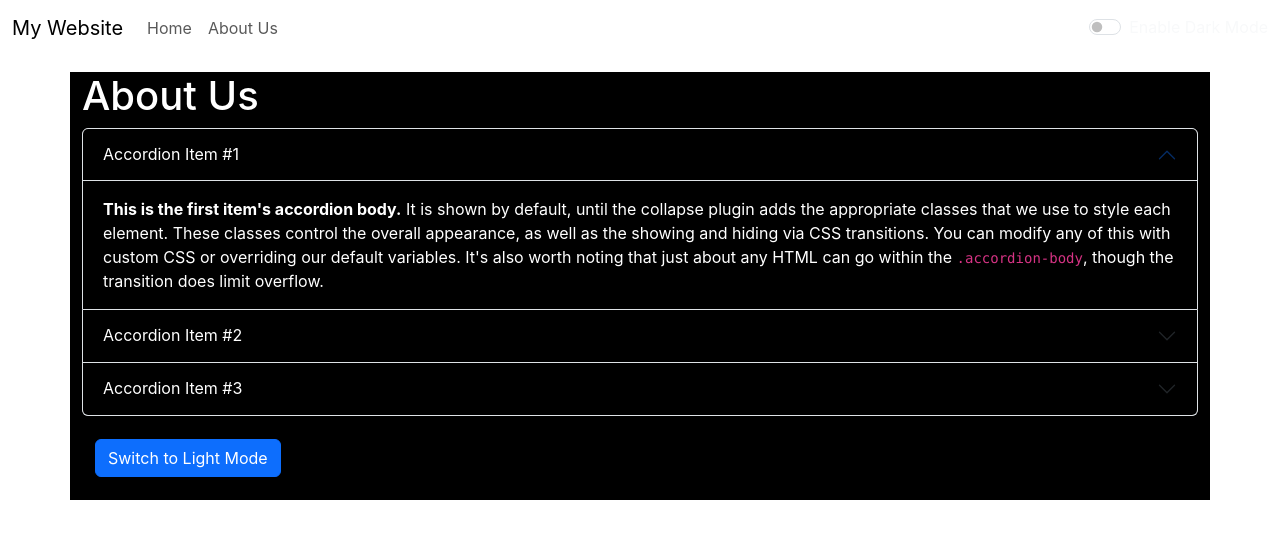
Repository: WajihaGul/Reactjs
Page: /
An editor plug-in stored every save of this project. The page is shown before and after the next save, followed by the edit.
The browser window is 1280 px wide. The pictures show the whole page.
The project was rebuilt for these pictures with package versions that can differ from the ones it lists, and the page was loaded fresh each time. Also part of the build but not shown: src/App.css.

Above is the page before, as saved 2024-02-08 12:01:05.

After the next save:
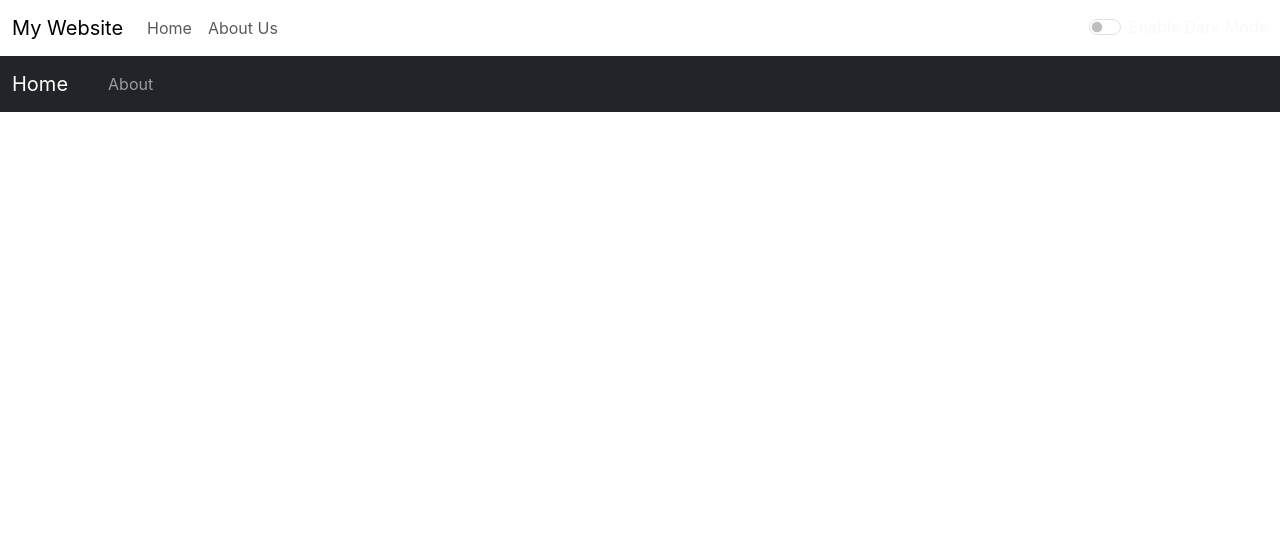
Saved 65 s later.
--- a/src/Components/About.js
+++ b/src/Components/About.js
@@ -1,74 +1,50 @@
 import React from 'react'
-import { useState } from 'react'
+import PropTypes from 'prop-types'
+export default function Navbar(props) {
+  return (
+    <nav className="navbar navbar-expand-lg navbar-dark bg-dark">
+        <div className="container-fluid">
+          <a className="navbar-brand" href="/">{props.title}</a>
+          <button className="navbar-toggler" type="button" data-bs-toggle="collapse" data-bs-target="#navbarSupportedContent" aria-controls="navbarSupportedContent" aria-expanded="false" aria-label="Toggle navigation">
+            <span className="navbar-toggler-icon"></span>
+          </button>
+          <div className="collapse navbar-collapse" id="navbarSupportedContent">
+            <ul className="navbar-nav me-auto mb-2 mb-lg-0">
+              <li className="nav-item">
+                <a className="nav-link active" aria-current="page" href="/">{props.home}</a>
+              </li>
+              <li className="nav-item">
+                <a className="nav-link" href="/">{props.about}</a>
+              </li>
 
-export default function About() {
-    const [style, setStyle] = useState({
-        color: 'white' ,
-        backgroundColor: 'black'
-    })
+            </ul>
+            {/*<form className="d-flex" role="search">
+              <input className="form-control me-2" type="search" placeholder="Search" aria-label="Search"/>
+              <button className="btn btn-outline-success" type="submit">Search</button>
+            </form>
 
-    const [btnText, setBtnText]=useState('Switch to Light Mode')
+            <div className="form-check form-switch">
+              <input className="form-check-input" onClick={props.switchMode} type="checkbox" role="switch" id="flexSwitchCheckDefault" />
+               <label className="form-check-label" htmlFor="flexSwitchCheckDefault">Switch Mode</label>
+              </div>
 
-    const toggleMode=()=>{
-    if(style.color==='white'){
-        setStyle({
-            color: 'black' ,
-            backgroundColor: 'white'
-        })
-        setBtnText('Switch to Dark Mode')
-    }
-        else{
-            setStyle({
-                color: 'white' ,
-                backgroundColor: 'black'
-        })
-        setBtnText('Switch to Light Mode')
-    }
-    }
-    return (
-    <div className='container my-3' style={style}>
-        <h1>About Us</h1>
-<div className="accordion" id="accordionExample" style={style}>
-  <div className="accordion-item">
-    <h2 className="accordion-header">
-      <button  className="accordion-button" style={style} type="button" data-bs-toggle="collapse" data-bs-target="#collapseOne" aria-expanded="true" aria-controls="collapseOne">
-        Accordion Item #1
-      </button>
-    </h2>
-    <div id="collapseOne" className="accordion-collapse collapse show" data-bs-parent="#accordionExample">
-      <div className="accordion-body" style={style}>
-        <strong>This is the first item's accordion body.</strong> It is shown by default, until the collapse plugin adds the appropriate classes that we use to style each element. These classes control the overall appearance, as well as the showing and hiding via CSS transitions. You can modify any of this with custom CSS or overriding our default variables. It's also worth noting that just about any HTML can go within the <code>.accordion-body</code>, though the transition does limit overflow.
-      </div>
-    </div>
-  </div>
-  <div className="accordion-item" >
-    <h2 className="accordion-header">
-      <button style={style} className="accordion-button collapsed" type="button" data-bs-toggle="collapse" data-bs-target="#collapseTwo" aria-expanded="false" aria-controls="collapseTwo">
-        Accordion Item #2
-      </button>
-    </h2>
-    <div id="collapseTwo" className="accordion-collapse collapse" data-bs-parent="#accordionExample">
-      <div className="accordion-body" style={style}>
-        <strong>This is the second item's accordion body.</strong> It is hidden by default, until the collapse plugin adds the appropriate classes that we use to style each element. These classes control the overall appearance, as well as the showing and hiding via CSS transitions. You can modify any of this with custom CSS or overriding our default variables. It's also worth noting that just about any HTML can go within the <code>.accordion-body</code>, though the transition does limit overflow.
-      </div>
-    </div>
-  </div>
-  <div className="accordion-item">
-    <h2 className="accordion-header">
-      <button className="accordion-button collapsed" style={style} type="button" data-bs-toggle="collapse" data-bs-target="#collapseThree" aria-expanded="false" aria-controls="collapseThree">
-        Accordion Item #3
-      </button>
-    </h2>
-    <div id="collapseThree" className="accordion-collapse collapse" data-bs-parent="#accordionExample">
-      <div className="accordion-body" style={style}>
-        <strong>This is the third item's accordion body.</strong> It is hidden by default, until the collapse plugin adds the appropriate classes that we use to style each element. These classes control the overall appearance, as well as the showing and hiding via CSS transitions. You can modify any of this with custom CSS or overriding our default variables. It's also worth noting that just about any HTML can go within the <code>.accordion-body</code>, though the transition does limit overflow.
-      </div>
-    </div>
-  </div>
-</div>
-<div className='btn my-3'>
-  <input className="btn btn-primary" value={btnText} type="button" btnText onClick={toggleMode}></input>
-</div>
-</div>
+                <div className={`form-check form-switch text-${props.mode==='light'?'dark':'light'}`}>
+                        <input className="form-check-input" onClick={props.toggleMode} type="checkbox" id="flexSwitchCheckDefault"/>
+                        <label className="form-check-label" htmlFor="flexSwitchCheckDefault">Enable DarkMode</label>
+                    </div>
+                    */}
+          </div>
+        </div>
+      </nav>
   )
 }
+Navbar.propTypes = {
+    title: PropTypes.string ,
+    about: PropTypes.string ,
+    home: PropTypes.string
+}
+Navbar.defaultProps = {
+    title : "Home",
+    about : "About",
+
+}
